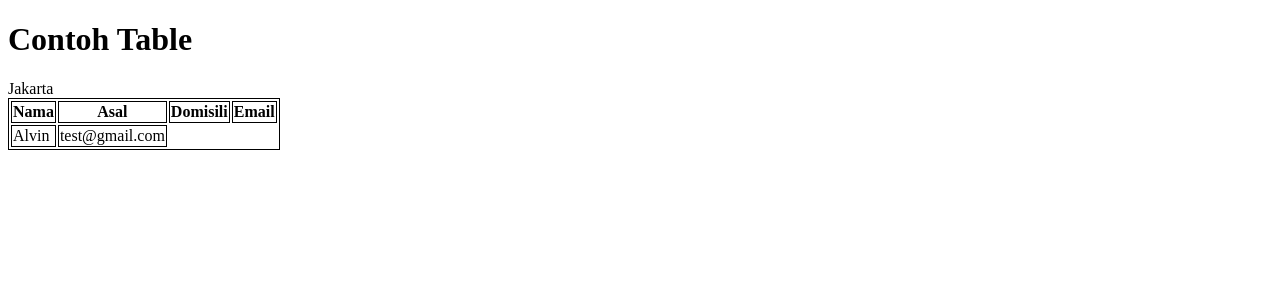
Repository: esramrsln/day2_RevoU
Page: table.html
These files come from the project's save history. The page is drawn as it stood at one moment and after the next save; the edit follows.
The browser window is 1280 px wide. The pictures show the whole page.

Above is the page before, as saved 2024-07-23 19:41:48.

After the next save:
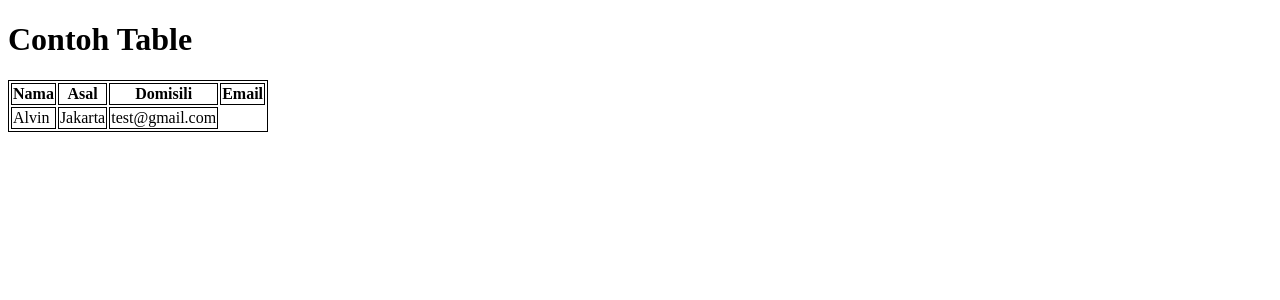
Saved 11 s later.
--- a/table.html
+++ b/table.html
@@ -20,7 +20,7 @@
         </tr>
         <tr>
             <td>Alvin</td>
-            <tdcolspan:"2"></tdcolspan:>Jakarta</td>
+            <td colspan:"2"></tdcolspan:>Jakarta</td>
             <td>test@gmail.com</td>
         </tr>
     </table>
